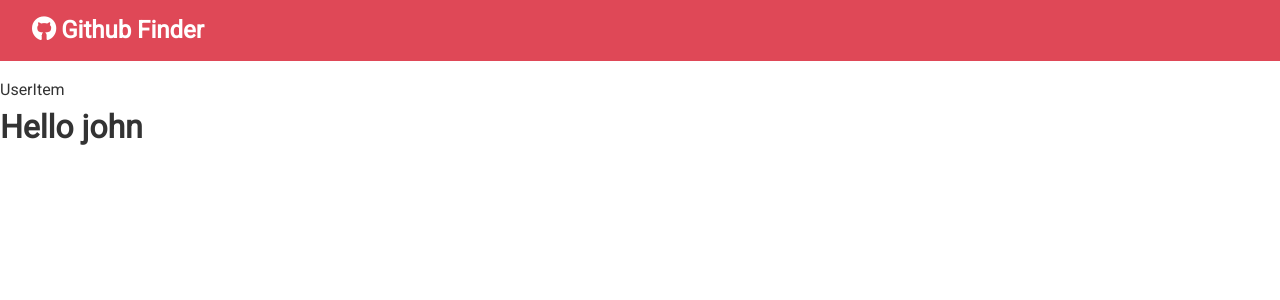
Repository: guicattani/fluffy-tribble-finder
Page: /
These files come from the project's save history. The page is drawn as it stood at one moment and after the next save; the edit follows.
The browser window is 1280 px wide. The pictures show the whole page.
Pictures or frames that could not be fetched are drawn as grey boxes. Some web libraries are served in a nearby version. The project was rebuilt for these pictures with package versions that can differ from the ones it lists, and the page was loaded fresh each time.

Above is the page before, as saved 2020-02-26 16:44:03.

After the next save:
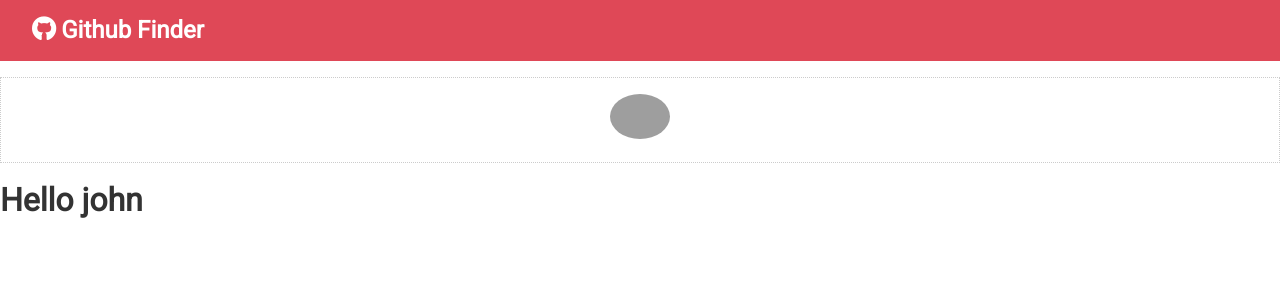
Saved 3 min 57 s later.
--- a/src/components/users/UserItem.js
+++ b/src/components/users/UserItem.js
@@ -1,10 +1,20 @@
 import React, { Component } from 'react'
 
 export class UserItem extends Component {
+  constructor() {
+    super();
+    this.state = {
+      id: 'id',
+      login: 'mojombo',
+      avatar_url: 'https://avatars0.githubusercontent.com/u/1?v=4',
+      html_url: 'https://github.com/mojombo'
+    }
+  }
+
   render() {
     return (
-      <div>
-        UserItem
+      <div className="card text-center">
+        <img src={this.state.avatar_url} alt="" className="round-img" style={{ width: '60px' }}/>
       </div>
     )
   }
